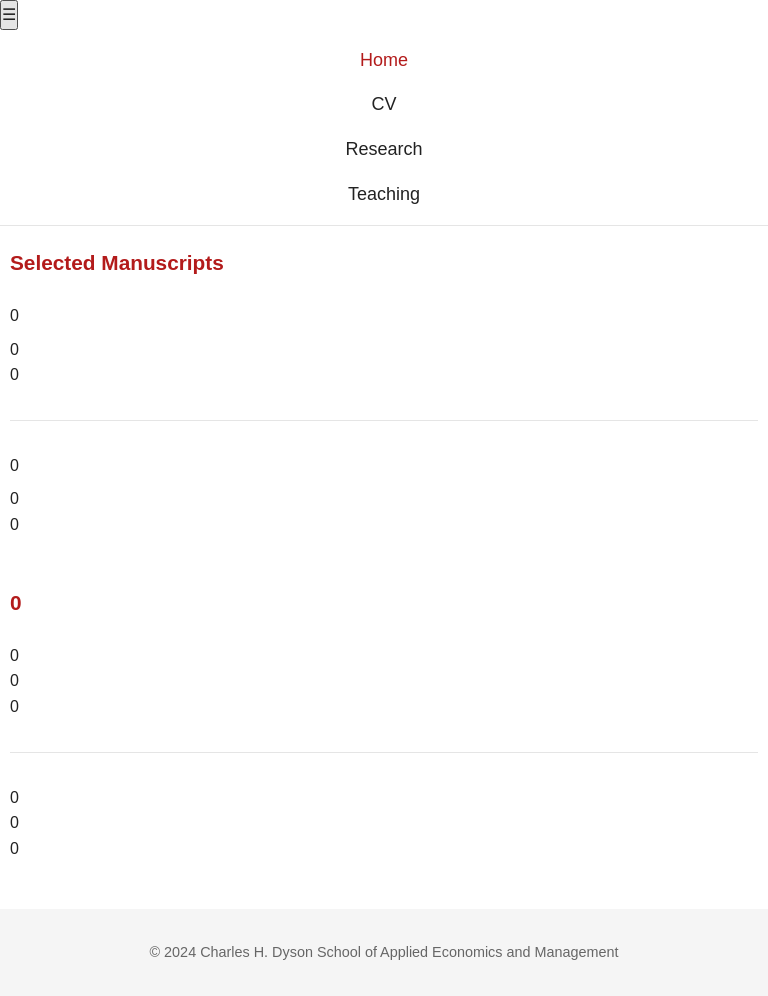
Repository: huang-heavenly-Emperor/k1_project
Page: index.html
These files come from the project's save history. The page is drawn as it stood at one moment and after the next save; the edit follows.
The browser window is 768 px wide. The pictures show the whole page.

Above is the page before, as saved 2024-11-17 15:51:34.

### index.html
<!DOCTYPE html>
<html lang="en">

<head>
    <meta charset="UTF-8">
    <meta name="viewport" content="width=device-width, initial-scale=1.0">
    <title>Academic Homepage</title>
    <link rel="stylesheet" href="reset.css">
    <link rel="stylesheet" href="common.css">
    <link rel="stylesheet" href="index.css">
</head>

<body>
    <header class="site-header">
        <nav class="main-nav">
            <div class="nav-container">
                <button class="nav-toggle" aria-label="Toggle navigation">☰</button>
                <ul class="nav-list">
                    <li><a href="./index.html" class="active">Home</a></li>
                    <li><a href="./CV_ShanjunLi_Fall2024.pdf" target="_blank">CV</a></li>
                    <li><a href="./research.html">Research</a></li>
                    <li><a href="./teaching.html" >Teaching</a></li>
                </ul>
            </div>
        </nav>
    </header>

    <main class="main-container">
        <section class="manuscripts">
            <h2>Selected Manuscripts</h2>
            <ul>
                <li>
                    <p class="manuscript-title">0</p>
                    <p class="manuscript-authors">0</p>
                    <p class="manuscript-journal">0</p>
                    <!-- <p class="manuscript-title">Dynamic Efficiency in Resource Allocation: Evidence from Vehicle License
                        Lotteries in Beijing</p>
                    <p class="manuscript-authors">Youming Liu, Shanjun Li, Caixia Shen</p>
                    <p class="manuscript-journal">Rand Journal of Economics</p> -->
                </li>
                <li>
                    <p class="manuscript-title">0</p>
                    <p class="manuscript-authors">0</p>
                    <p class="manuscript-journal">0</p>
                    <!-- <p class="manuscript-title">Entry, Deregistration, Market Turnover, and Efficiency: China's Business
                        Registration Reform</p>
                    <p class="manuscript-authors">Panle Jia Barwick, Luming Chen, Shanjun Li, Xiaobo Zhang</p>
                    <p class="manuscript-journal">Review of Economics and Statistics</p> -->
                </li>
            </ul>
        </section>

        <section class="publications">
            <h2>0</h2>
            <!-- <h2>Selected Publications</h2> -->
            <ul>
                <li>
                    <p class="publication-title">0</p>
                    <p class="publication-authors">0</p>
                    <p class="publication-journal">0</p>
                    <!-- <p class="publication-title">The Morbidity Cost of Air Pollution: Evidence from the World's Largest
                        Payment Network</p>
                    <p class="publication-authors">Panle Jia Barwick, Shanjun Li, Deyu Rao, Nahim bin Zahur</p>
                    <p class="publication-journal">Forthcoming at Review of Economics and Statistics</p> -->
                </li>
                <li>
                    <p class="publication-title">0</p>
                    <p class="publication-authors">0</p>
                    <p class="publication-journal">0</p>
                    <!-- <p class="publication-title">Efficiency and Equity Impacts of Urban Transportation with Equilibrium
                        Sorting</p>
                    <p class="publication-authors">Panle Jia Barwick, Shanjun Li, Andrew Waxman, Jing Wu, Tianli Xia</p>
                    <p class="publication-journal">American Economic Review, 114(10): 3161-3205, 2024</p> -->
                </li>
            </ul>
        </section>
    </main>

    <footer class="footer">
        <div class="footer-container">
            <p>© 2024 Charles H. Dyson School of Applied Economics and Management</p>
        </div>
    </footer>

    <script>
        function openCV() {
            window.open('./CV_ShanjunLi_Fall2024.pdf#toolbar=0', '_blank');
        }
    </script>
</body>

</html>

### reset.css
*, *::before, *::after {
    margin: 0;
    padding: 0;
    box-sizing: border-box;
}

html, body {
    height: 100%;
    font-size: 16px;
    line-height: 1.5;
    -webkit-font-smoothing: antialiased;
    -moz-osx-font-smoothing: grayscale;
}

body {
    font-family: Arial, sans-serif;
    color: #333;
}

ul, ol {
    list-style: none;
}

a {
    text-decoration: none;
    color: inherit;
}

img {
    max-width: 100%;
    height: auto;
    display: block;
}

button, input, select, textarea {
    font: inherit;
    color: inherit;
}

h1, h2, h3, h4, h5, h6 {
    font-size: inherit;
    font-weight: inherit;
}

### common.css
body{
  display: flex;
  flex-direction: column;
  align-items: start;
  min-height: 100vh;
  justify-content: space-between;
}

.site-header {
  position: relative;
  width: 100%;
  height: auto;
  margin: 0 auto 20px;


}

.banner {
  height: 320px;
  overflow: hidden;
  position: relative;
}

.banner img {
  width: 100%;
  height: 100%;
  object-fit: cover;
}

nav {
  background-color: var(--background-color);
  border-bottom: 1px solid var(--border-color);

}

nav ul {
  display: flex;
  justify-content: center;
  align-items: center;
  gap: 2rem;
  padding: 1rem 0;
  list-style: none;
}

nav a {
  text-decoration: none;
  color: var(--text-color);
  font-weight: 500;
  font-size: 22px;
  padding: 0.5rem 0;
  transition: color 0.3s;
}

nav a:hover,
nav a.active {
  color: var(--primary-color);
}

@media (max-width: 768px) {
    .site-header {
        width: 100%;
        display: block;
    }

    nav ul {
        flex-direction: column;
        align-items: center;
    }

    nav a {
        font-size: 18px;
    }

    .main-container {
        padding: 0 10px;
    }
}

### index.css
:root {
  --primary-color: #B31B1B;
  --text-color: #222;
  --link-color: #0076BB;
  --background-color: #fff;
  --border-color: #e5e5e5;
}

body {
  font-family: Arial, sans-serif;
  line-height: 1.6;
  color: var(--text-color);
  background-color: var(--background-color);
}

.main-container {
  width: 1150px;
  padding: 0 20px;
  margin: 0 auto;
  margin-bottom: auto;
}

section {
  margin-bottom: 3rem;
}

h2 {
  font-size: 1.5rem;
  font-weight: 600;
  margin-bottom: 1.5rem;
  color: var(--primary-color);
}

.manuscripts ul,
.publications ul {
  list-style: none;
  display: flex;
  flex-direction: column;
  gap: 2rem;
}

.manuscripts li,
.publications li {
  padding-bottom: 2rem;
  border-bottom: 1px solid var(--border-color);
}

.manuscripts li:last-child,
.publications li:last-child {
  border-bottom: none;
  padding-bottom: 0;
}

.manuscript-title,
.authors,
.journal {
  font-size: 1.1rem;
  font-weight: 500;
  margin-bottom: 0.5rem;
}

.authors {
  color: #444;
  margin-bottom: 0.5rem;
}

.journal {
  color: #666;
  font-style: italic;
}

.footer {
  width: 100%;
  background-color: #f5f5f5;
  padding: 2rem 0;
  text-align: center;
  font-size: 0.9rem;
  color: #666;

}

@media (max-width: 768px) {
  .banner {
    height: 300px;
  }

  nav ul {
    flex-wrap: wrap;
    justify-content: center;
    gap: 1rem;
  }

  h2 {
    font-size: 1.3rem;
  }

  .manuscript-title {
    font-size: 1rem;
  }

  .main-container {
    width: 100%;
    padding: 0 10px;
  }

  nav ul {
    flex-direction: column;
    align-items: center;
  }

  nav a {
    font-size: 18px;
  }

  .manuscripts ul,
  .publications ul {
    flex-direction: column;
  }
}

@media (max-width: 480px) {
  .banner {
    height: 200px;
  }

  .manuscripts ul,
  .publications ul {
    gap: 1.5rem;
  }

  .manuscripts li,
  .publications li {
    padding-bottom: 1.5rem;
  }

  .manuscript-title,
  .authors,
  .journal {
    font-size: 1rem;
  }
}

After the next save:
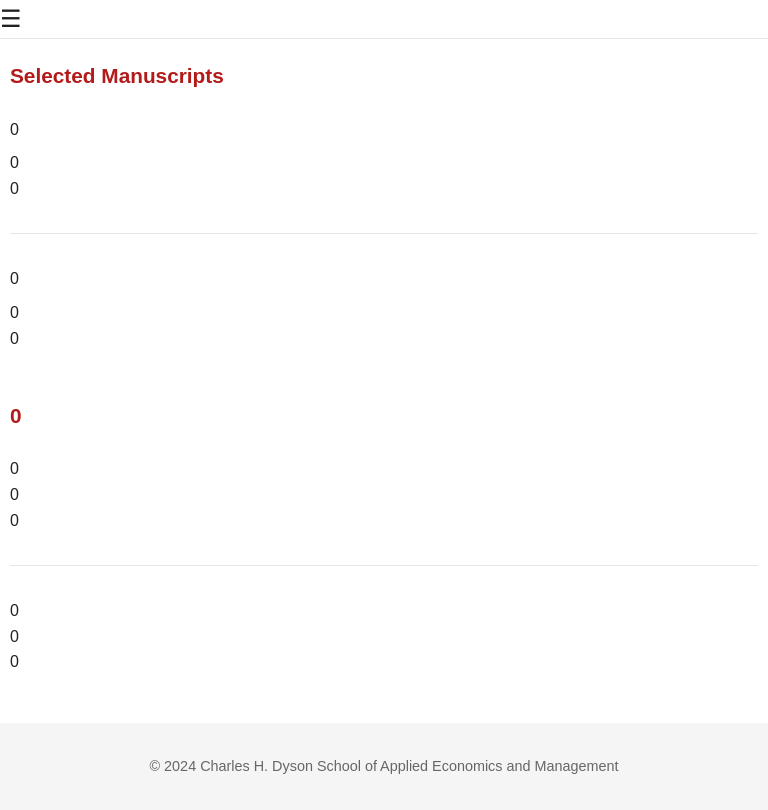
Saved 5 s later.
--- a/common.css
+++ b/common.css
@@ -34,12 +34,14 @@ nav {
 }
 
 nav ul {
+  display: none;
+  flex-direction: column;
+  align-items: center;
+  gap: 1rem;
+}
+
+nav.active ul {
   display: flex;
-  justify-content: center;
-  align-items: center;
-  gap: 2rem;
-  padding: 1rem 0;
-  list-style: none;
 }
 
 nav a {
@@ -54,6 +56,14 @@ nav a {
 nav a:hover,
 nav a.active {
   color: var(--primary-color);
+}
+
+.nav-toggle {
+  display: none;
+  font-size: 24px;
+  background: none;
+  border: none;
+  cursor: pointer;
 }
 
 @media (max-width: 768px) {
@@ -74,4 +84,8 @@ nav a.active {
     .main-container {
         padding: 0 10px;
     }
+
+    .nav-toggle {
+        display: block;
+    }
 }
